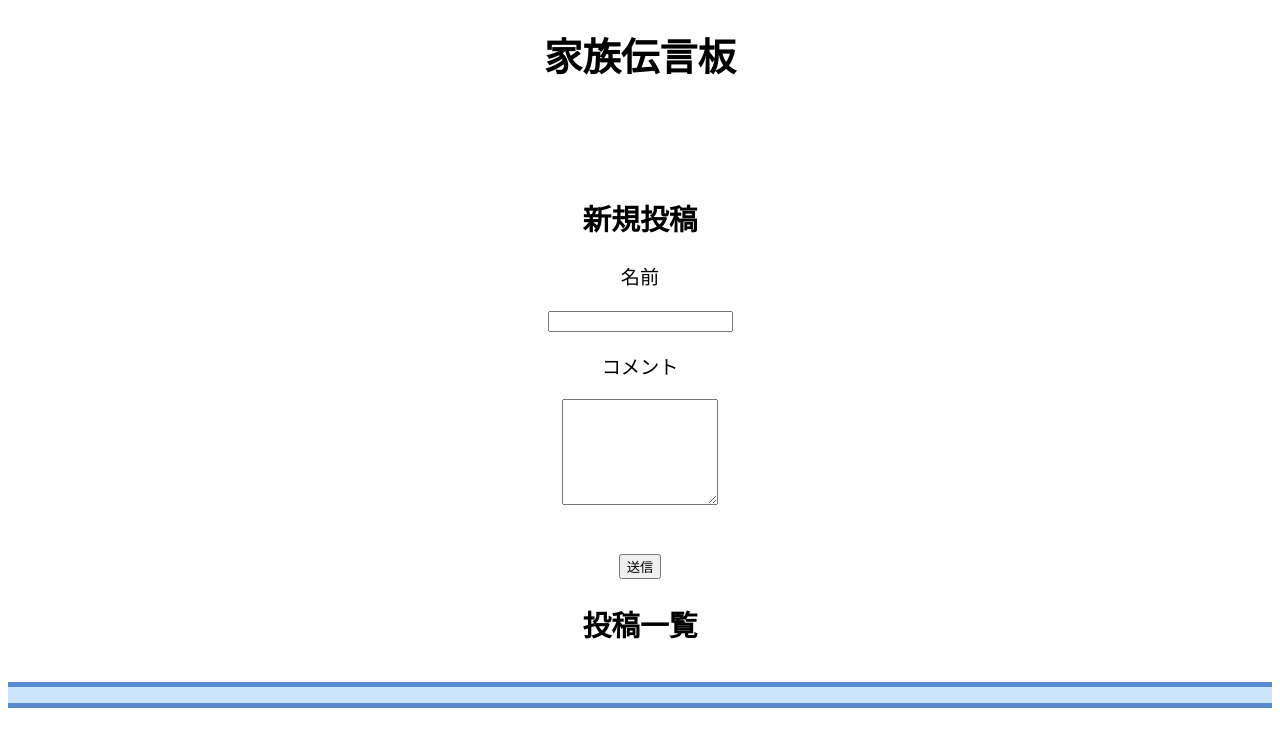
Repository: kakutoshi/test
Page: http://localhost/
The author's editor kept a copy of each file at every save. The page is drawn from the files as they stood at one save, then again after the next save.
The browser window is 1280 px wide. The pictures show the whole page.
The page is run by PHP 8.4 with error messages shown; the project is at /var/www/html/. Queries for data that is not in the repository find no rows.

Above is the page before, as saved 2022-04-19 00:50:08.

### it06/htdocs/BBS/index.php
<!DOCTYPE html>
<html lang="ja">
<head>
<meta charset="utf-8">
<meta name="viewport" content="width=device-width,initial-scale=1.0">

<title>掲示板</title>

	<link rel="stylesheet" href="css/common.css">



</head>
<body>

<h1>家族伝言板</h1>
<br>
<br>
<br>




<h2>新規投稿</h2>

	<form action="index.php" method="post">
		<p>名前</p>
		<input type="text" name="a">
		<p>コメント</p>
		<textarea name="b"></textarea>
				<br>
		<br>
		<br>
		<input type="submit" value="送信">



	</form>



<h2>投稿一覧</h2>
<div class = "box">
<?php


if (! empty($_POST["a"]) && ! empty($_POST["b"])) {
    $a = htmlspecialchars($_POST["a"], ENT_QUOTES);
    $b = htmlspecialchars($_POST["b"], ENT_QUOTES);

    $db = new PDO("mysql:host=127.0.0.1;dbname=BBS;charset=utf8", "root", "");



    $db->query("INSERT INTO tb1(no,name,message,time)
VALUES(NULL,'$a','$b',NOW())");

    print "<h1>コメント送信完了しました</h1>";

}


$db = new PDO("mysql:host=127.0.0.1;dbname=BBS;charset=utf8", "root", "");



$n = $db->query("SELECT * FROM tb1 ORDER BY no DESC");
while ($i = $n -> fetch()) {
    print "{$i['no']}:{$i['name']}<br>{$i['time']}<br>" . nl2br($i['message']) . "<hr>";
}

?>

</div>

</body>


</html>

### it06/htdocs/BBS/css/common.css
@charset "UTF-8";

body{
	text-align:center;
	background-color:white;
	font-family:inherit;
	font-size:1.2em;

}

textarea{
	width:150px;
	height:100px;
}


.box{
	padding:8px 19px;
	margin: 2em 0;
	color:#2c2c2f;
	background: #cde4ff;
	border-top: solid 5px #5989cf;
	border-bottom: solid 5px #5989cf;
}

After the next save:
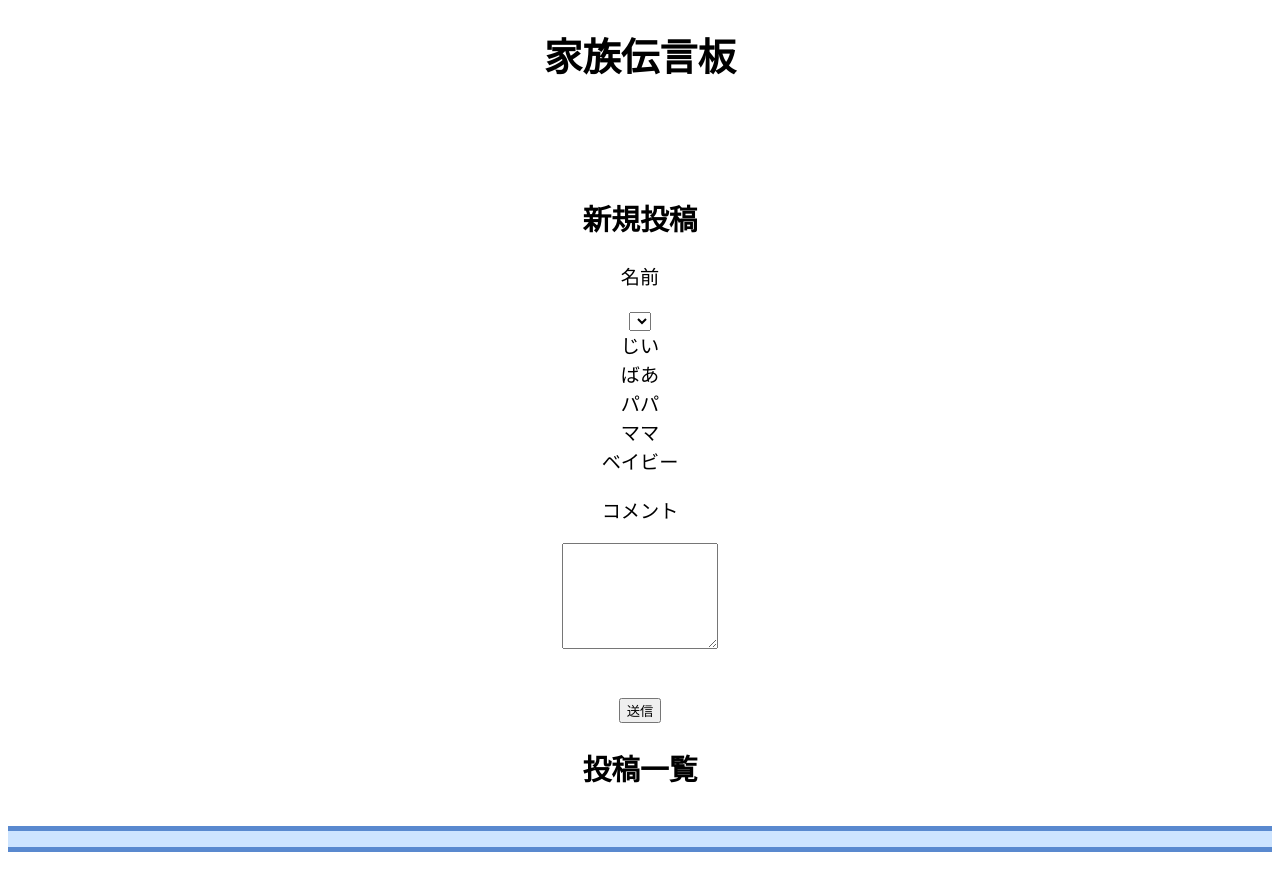
Saved 5 min 3 s later.
--- a/it06/htdocs/BBS/index.php
+++ b/it06/htdocs/BBS/index.php
@@ -25,7 +25,13 @@
 
 	<form action="index.php" method="post">
 		<p>名前</p>
-		<input type="text" name="a">
+		<select name="a"></select>
+		<option value="じい">じい</option>
+		<option value="ばあ">ばあ</option>
+		<option value="パパ">パパ</option>
+		<option value="ママ">ママ</option>
+		<option value="ベイビー">ベイビー</option>
+
 		<p>コメント</p>
 		<textarea name="b"></textarea>
 				<br>
